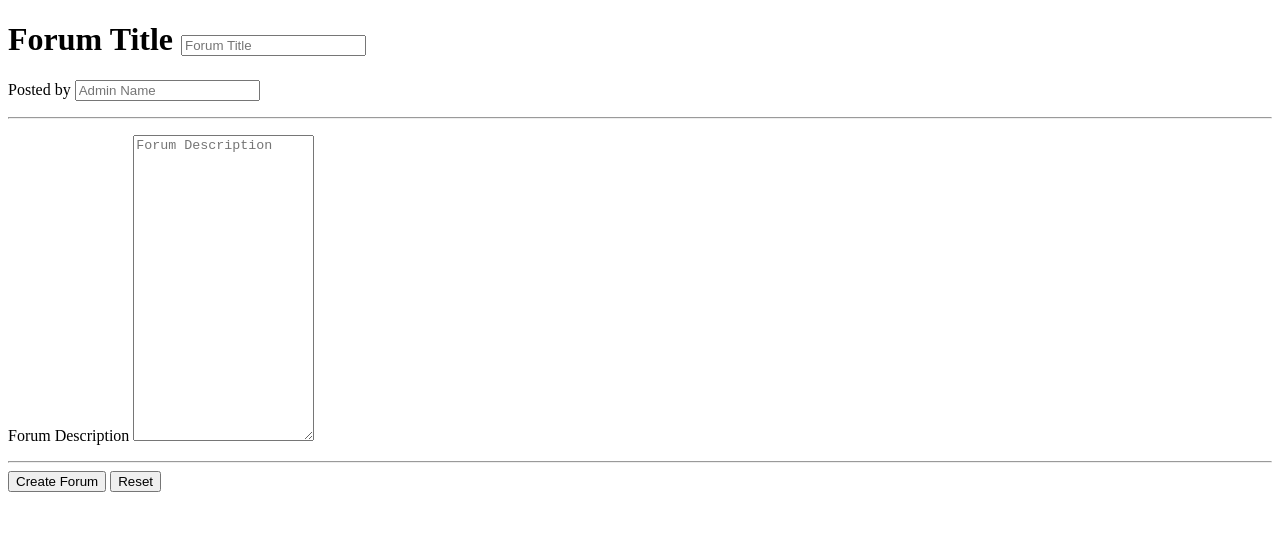
Repository: Indurupi/FriendZone
Page: FriendZoneFrontEnd/WebContent/createforum.html
The author's editor kept a copy of each file at every save. The page is drawn from the files as they stood at one save, then again after the next save.
The browser window is 1280 px wide. The pictures show the whole page.

Above is the page before, as saved 2017-03-18 15:42:54.

After the next save:
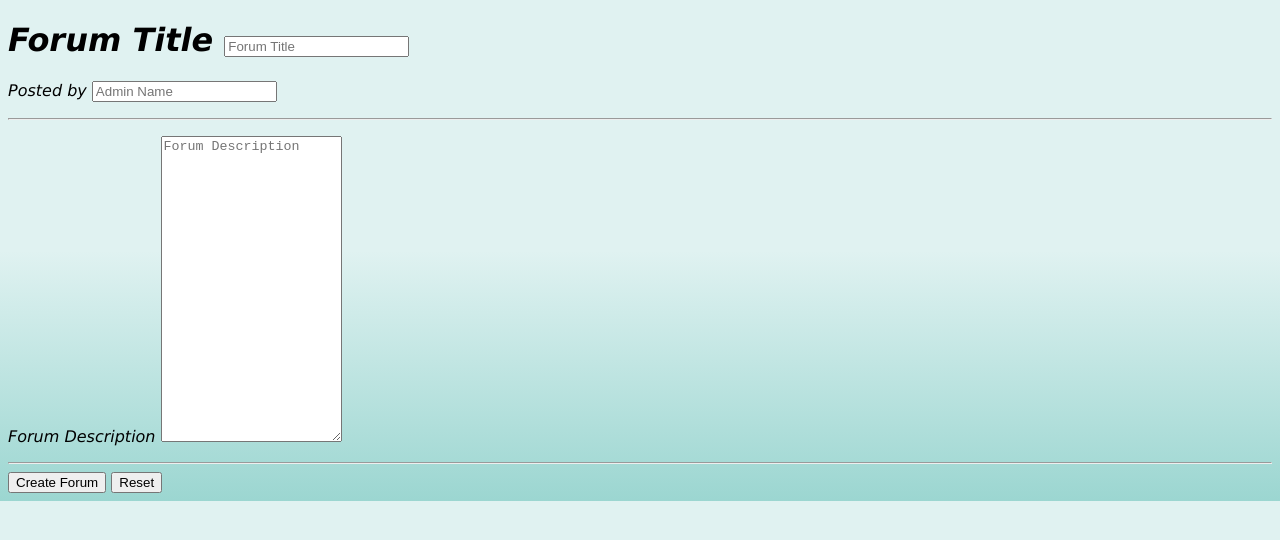
Saved 24 s later.
--- a/FriendZoneFrontEnd/WebContent/createforum.html
+++ b/FriendZoneFrontEnd/WebContent/createforum.html
@@ -21,6 +21,11 @@
 <style type="text/css">
 .form-control:focus {
 	border: 2px solid #009688;
+}
+body {
+	background: linear-gradient(to bottom, #e0f2f1 50%, #80cbc4 120%);
+	font-family: Verdana, san-serif;
+	font-style: italic;
 }
 </style>
 
